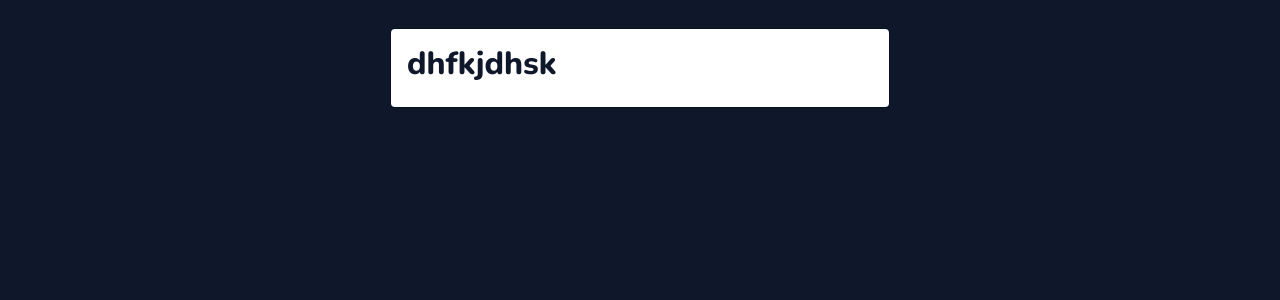
Repository: Dangtrinh28/thuymoc
Page: bookingSuccess.html
These files come from the project's save history. The page is drawn as it stood at one moment and after the next save; the edit follows.
The browser window is 1280 px wide. The pictures show the whole page.
Some web libraries are served in a nearby version.

Above is the page before, as saved 2022-11-25 03:54:48.

After the next save:
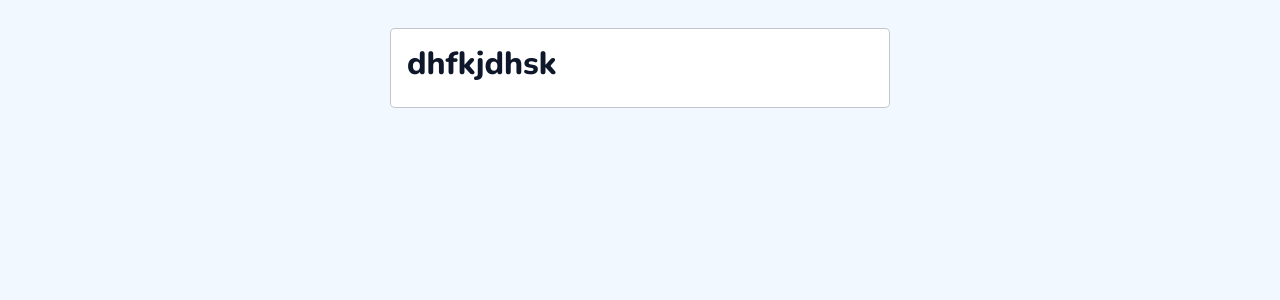
Saved 22 s later.
--- a/bookingSuccess.html
+++ b/bookingSuccess.html
@@ -36,7 +36,7 @@
 </head>
 <body>
     <div class="container" >
-        <div class="modal bg-dark" style="display: block;">
+        <div class="modal" style="display: block;">
             <div class="modal-dialog">
                 <div class="modal-content">
                     <div class="modal-body">
